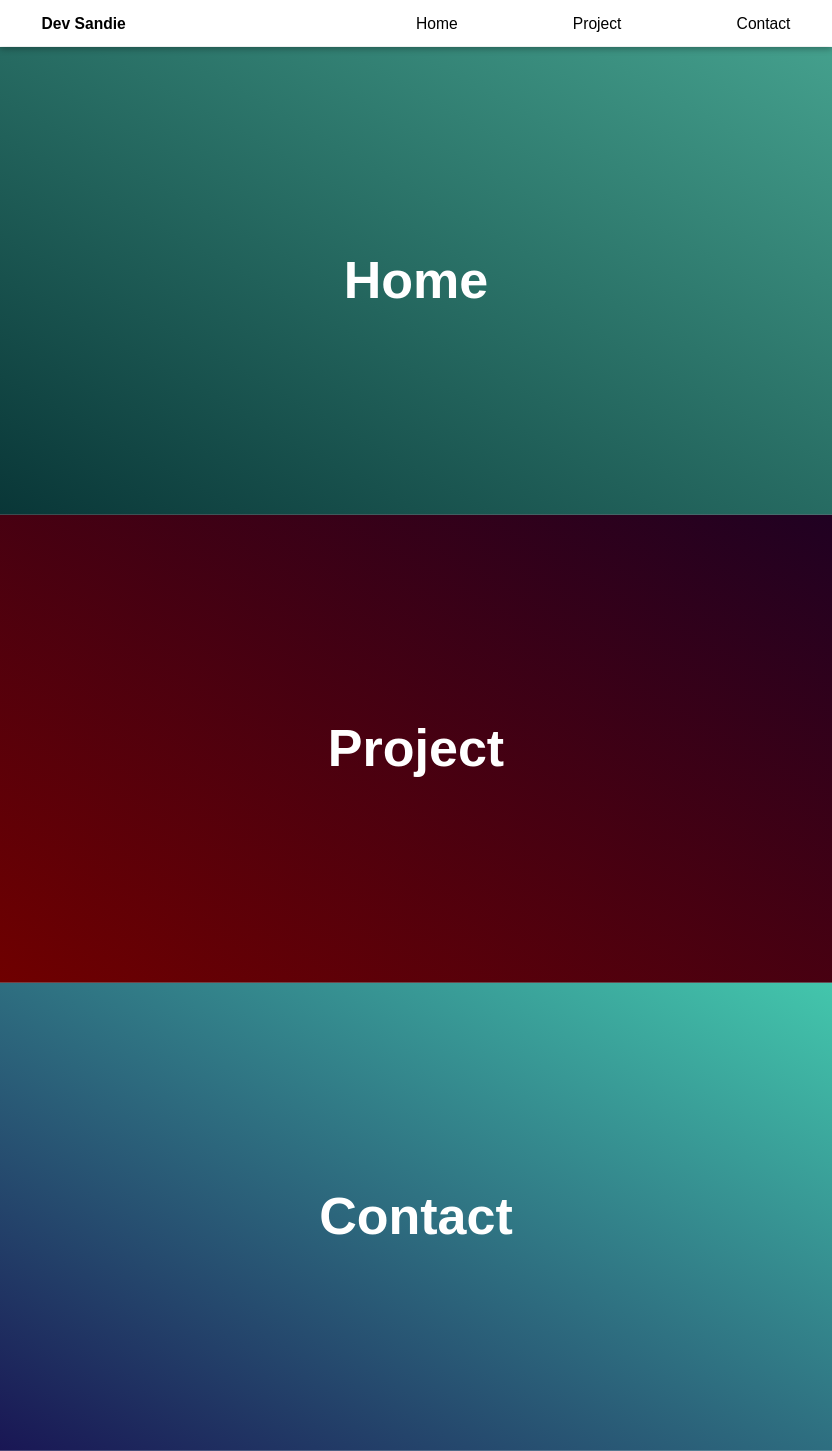
Repository: iphyokafor/fluid-navbar
Page: index.html
An editor plug-in stored every save of this project. The page is shown before and after the next save, followed by the edit.
The browser window is 1280 px wide. The pictures show the whole page, at 65% of full size.

Above is the page before, as saved 2020-01-07 01:57:22.

### index.html
<!DOCTYPE html>
<html lang="en">

<head>
    <meta charset="UTF-8">
    <meta name="viewport" content="width=device-width, initial-scale=1.0">
    <meta http-equiv="X-UA-Compatible" content="ie=edge">
    <title>Fluid Navbar</title>
    <link rel="stylesheet" href="style.css">
</head>

<body>
    <header>
        <nav>
            <h1>Dev Sandie</h1>
            <ul>
                <li><a data-page="home" href="#">Home</a></li>
                <li><a data-page="project" href="project">Project</a></li>
                <li><a data-page="contact" href="contact">Contact</a></li>
            </ul>
        </nav>
    </header>
    <main>
        <section data-index="0" class="home">
            <h2>Home</h2>
        </section>
        <section data-index="1" class="project">
            <h2>Project</h2>
        </section>
        <section data-index="2" class="contact">
            <h2>Contact</h2>
        </section>
    </main>
    <script src="./app.js"></script>
</body>

</html>

### style.css
* {
    margin: 0;
    padding: 0;
    box-sizing: border-box;
}

body {
    font-family: sans-serif;
}

header {
    box-shadow: 0px 3px 10px rgba(0, 0, 0, 0.3);
    position: sticky;
    top: 0px;
    background: white;
}

nav {
    min-height: 10vh;
    margin: auto;
    width: 90%;
    display: flex;
    align-items: center;
    justify-content: space-between;
}

nav h1,
nav ul {
    font-size: 1.5rem;
    flex: 1;
}

nav ul {
    list-style: none;
    display: flex;
    justify-content: space-between;
}

nav a {
    color: black;
    text-decoration: none;
}

section {
    min-height: 100vh;
    display: flex;
    justify-content: center;
    align-items: center;
}

section h2 {
    font-size: 5rem;
    color: white;
}

.home {
    background: linear-gradient(to right top, #093637, #44A08D);
}

.project {
    background: linear-gradient(to right top, #6f0000, #200122);
}

.contact {
    background: linear-gradient(to right top, #191654, #43C6AC);
}

Loaded but not shown: app.js (no copy from this time; the picture is the same without it)

After the next save:
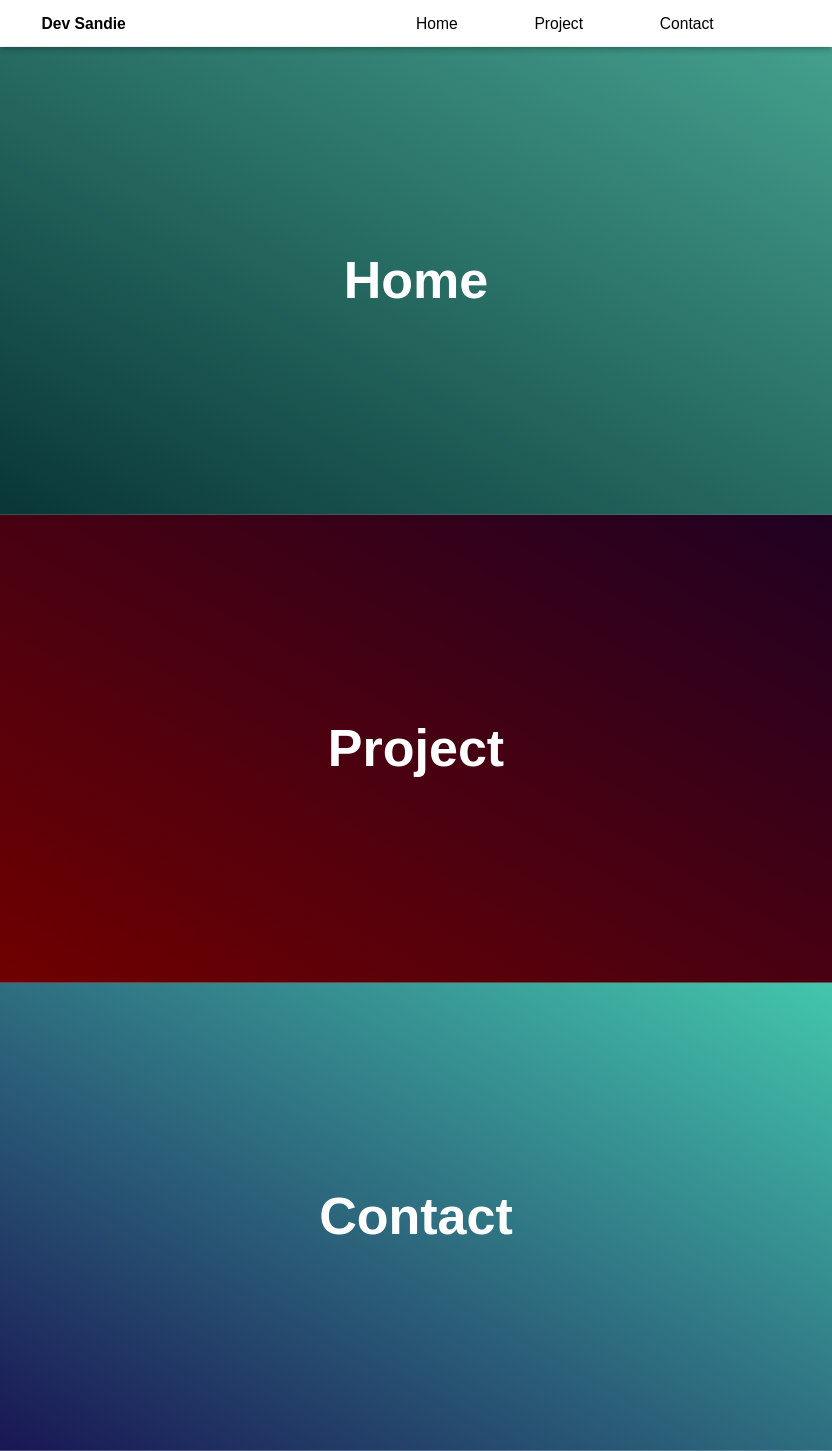
Saved 2 min 31 s later.
--- a/index.html
+++ b/index.html
@@ -17,6 +17,7 @@
                 <li><a data-page="home" href="#">Home</a></li>
                 <li><a data-page="project" href="project">Project</a></li>
                 <li><a data-page="contact" href="contact">Contact</a></li>
+                <div class="bubble"></div>
             </ul>
         </nav>
     </header>

After the save that followed:
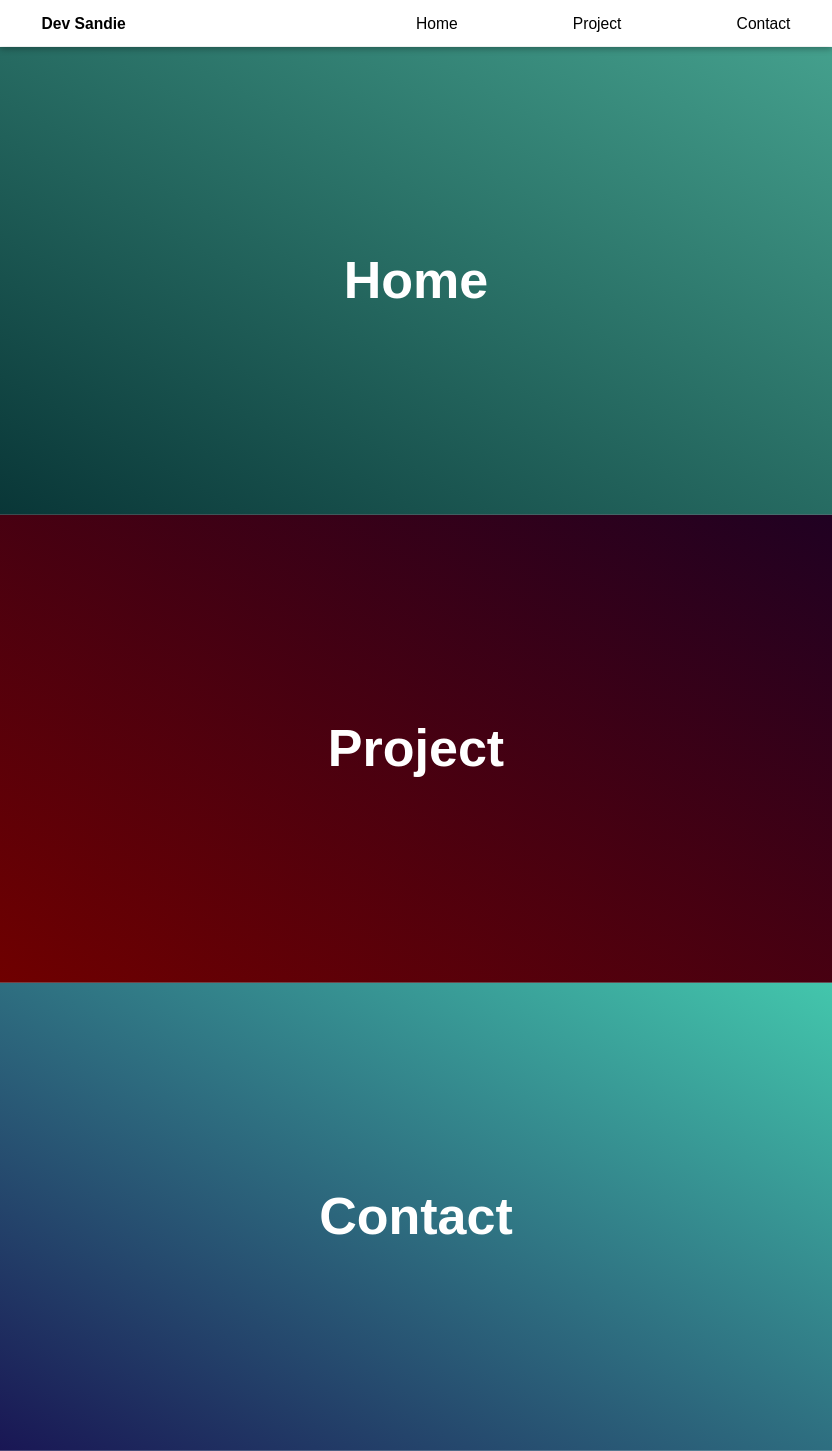
Saved 36 s later.
--- a/style.css
+++ b/style.css
@@ -64,3 +64,7 @@ section h2 {
 .contact {
     background: linear-gradient(to right top, #191654, #43C6AC);
 }
+
+.bubble {
+    position: absolute;
+}
